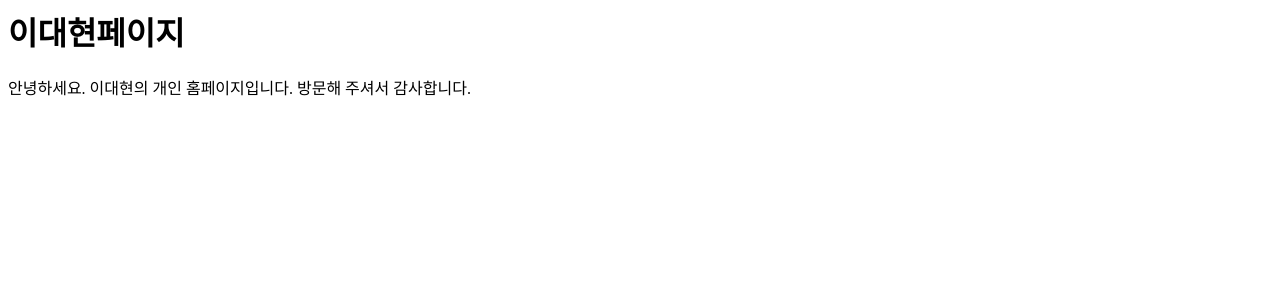
Repository: daelong/JavaStudy
Page: webproject/WebContent/MyPage.html
An editor plug-in stored every save of this project. The page is shown before and after the next save, followed by the edit.
The browser window is 1280 px wide. The pictures show the whole page.

Above is the page before, as saved 2019-04-02 07:42:43.

### webproject/WebContent/MyPage.html
<html>
<head>
<meta charset="EUC-KR">
<title>이대현 페이지</title>
</head>
<body>
	<H1>이대현페이지</H1>
	안녕하세요.
	이대현의 개인 홈페이지입니다.
	방문해 주셔서 감사합니다.
</body>
</html>

After the next save:
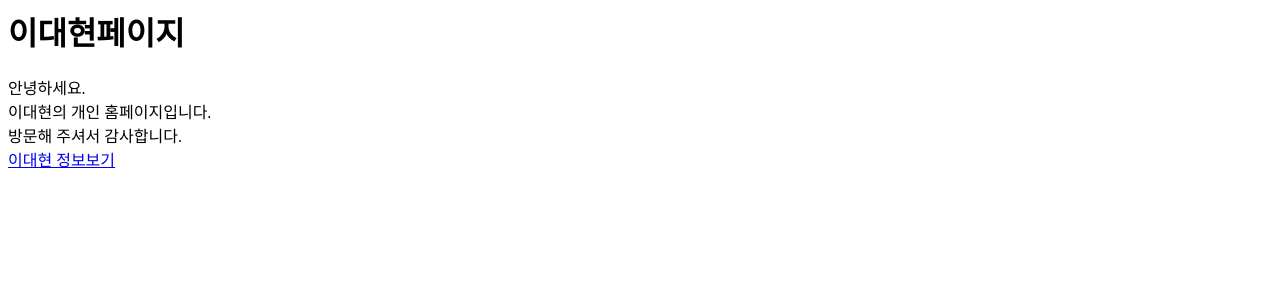
Saved 15 min 18 s later.
--- a/webproject/WebContent/MyPage.html
+++ b/webproject/WebContent/MyPage.html
@@ -5,8 +5,9 @@
 </head>
 <body>
 	<H1>이대현페이지</H1>
-	안녕하세요.
-	이대현의 개인 홈페이지입니다.
-	방문해 주셔서 감사합니다.
+	안녕하세요.<BR>
+	이대현의 개인 홈페이지입니다.<BR>
+	방문해 주셔서 감사합니다.<BR>
+	<a href="/Myproperty.jsp">이대현 정보보기</a>
 </body>
 </html>
